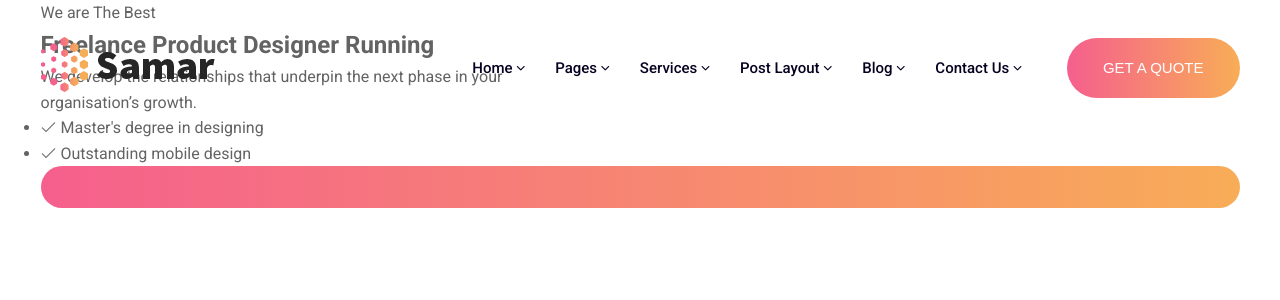
Repository: ducdatit2002/samar
Page: index.html
The author's editor kept a copy of each file at every save. The page is drawn from the files as they stood at one save, then again after the next save.
The browser window is 1280 px wide. The pictures show the whole page.

Above is the page before, as saved 2023-07-26 23:27:55.

### index.html
<!DOCTYPE html>
<html lang="en">
  <head>
    <meta charset="UTF-8" />
    <meta name="viewport" content="width=device-width, initial-scale=1.0" />
    <title>Samar - HTML Template</title>

    <!-- FONT AWESOME -->
    <link
      rel="stylesheet"
      href="https://cdnjs.cloudflare.com/ajax/libs/font-awesome/6.4.0/css/all.min.css"
      integrity="sha512-iecdLmaskl7CVkqkXNQ/ZH/XLlvWZOJyj7Yy7tcenmpD1ypASozpmT/E0iPtmFIB46ZmdtAc9eNBvH0H/ZpiBw=="
      crossorigin="anonymous"
      referrerpolicy="no-referrer"
    />
    <!-- LINE AWESOME -->
    <link rel="stylesheet" href="https://maxst.icons8.com/vue-static/landings/line-awesome/line-awesome/1.3.0/css/line-awesome.min.css">
    <!-- GOOGLE FONT -->
    <link rel="preconnect" href="https://fonts.googleapis.com" />
    <link rel="preconnect" href="https://fonts.gstatic.com" crossorigin />
    <link
      href="https://fonts.googleapis.com/css2?family=Hind:wght@300;400;700&family=Roboto:wght@300;400;500;700&display=swap"
      rel="stylesheet"
    />
    <!-- FLATICON -->
    <link rel="stylesheet" href="./css/flaticon/flaticon.css">
    <!-- MAIN CSS -->
    <link rel="stylesheet" href="./index.css" />
  </head>
  <body>
    <!-- HEADER -->
    <header>
      <div class="container">
        <div class="header__content">
          <a href="#">
            <img src="./img/logo-2.png" alt="logo-2">
          </a>
          <nav>
            <ul>
              <li>
                <a href="#">
                  <span>Home</span>
                  <i class="fa fa-chevron-down"></i>
                </a>
              </li>
              <li>
                <a href="#">
                  <span>Pages</span>
                  <i class="fa fa-chevron-down"></i>
                </a>
              </li>
              <li>
                <a href="#">
                  <span>Services</span>
                  <i class="fa fa-chevron-down"></i>
                </a>
              </li>
              <li>
                <a href="#">
                  <span>Post Layout</span>
                  <i class="fa fa-chevron-down"></i>
                </a>
              </li>
              <li>
                <a href="#">
                  <span>Blog</span>
                  <i class="fa fa-chevron-down"></i>
                </a>
              </li>
              <li>
                <a href="#">
                  <span>Contact Us</span>
                  <i class="fa fa-chevron-down"></i>
                </a>
              </li>
            </ul>
            <div class="header__button">
              <button class="btn-gradient">
                Get A Quote
              </button>
            </div>
          </nav>
        </div>
      </div>
    </header>
    <!-- CAROUSEL -->
    <section class="saCarousel">
      <div class="container">
        <div class="saCarousel__content">
          <div class="saCarousel__left">

          </div>
          <div class="saCarousel__right">
            <div class="title">
              <p>We are The Best</p>
              <h2>Freelance Product Designer Running</h2>
            </div>
            <div class="saCarousel__article">
              <p>
                We develop the relationships that underpin the next phase in your
                <br>organisation’s growth.
              </p>
              <ul>
                <li>
                  <i class="las la-check"></i>
                  Master's degree in designing
                </li>
                <li>
                  <i class="las la-check"></i>
                  Outstanding mobile design
                </li>
              </ul>
              <div class="btn-gradient">

              </div>
            </div>
          </div>
        </div>
      </div>
    </section>
    <!-- JQUERY -->
    <script
      src="https://cdnjs.cloudflare.com/ajax/libs/jquery/3.7.0/jquery.js"
      integrity="sha512-8Z5++K1rB3U+USaLKG6oO8uWWBhdYsM3hmdirnOEWp8h2B1aOikj5zBzlXs8QOrvY9OxEnD2QDkbSKKpfqcIWw=="
      crossorigin="anonymous"
      referrerpolicy="no-referrer"
    ></script>
  </body>
</html>

### index.css
/* GLOBAL */
* {
  margin: 0;
  padding: 0;
  box-sizing: border-box;
}
html,
body {
  font-family: "Hind", sans-serif;
  font-family: "Roboto", sans-serif;
  color: #636363;
  font-weight: 400;
  line-height: 1.6;
}
a {
  text-decoration: none;
}
.container {
  max-width: 1199px;
  margin: auto;
}
/* HEADER */
header {
  position: absolute;
  top: 0;
  left: 0;
  width: 100%;
}
.header__content {
  display: flex;
  justify-content: space-between;
  align-items: center;
}
.header__content nav {
  display: flex;
  align-items: center;
}
.header__content nav ul {
  display: flex;
  margin-right: 30px;
}
.header__content li {
  padding: 55px 15px;
  list-style: none;
}
.header__content li a {
  color: #070120;
  text-transform: capitalize;
  font-size: 15px;
  font-weight: 500;
  transition: all 0.5s;
}
.header__content span {
  display: inline-block;
  transition: all 0.1s;
}
.header__content a:hover {
  color: #f55f8d;
}
.header__content a:hover span {
  animation: upToDown 0.3s;
}
.header__content i {
  font-size: 9px;
  margin-top: -3px;
  vertical-align: middle;
}
.btn-gradient {
  padding: 20px 35px;
  font-size: 15px;
  font-weight: 500;
  background-image: linear-gradient(
    to right,
    #f55f8d 0,
    #f8ae56 51%,
    #f55f8d 100%
  );
  background-size: 200%;
  border: 1px solid transparent;
  transition: all 0.5s;
  border-radius: 30px;
  color: #fff;
  cursor: pointer;
  outline: none;
  text-transform: uppercase;
  line-height: 1.2;
}
.btn-gradient:hover {
  background-position: right center;
  color: #fff;
  text-decoration: none;
}

/*Animation */
@keyframes upToDown {
  49% {
    transform: translateY(100%);
  }
  50% {
    opacity: 0;
    transform: translateY(-100%);
  }
  51% {
    opacity: 1;
  }
}

Loaded but not shown: css/flaticon/flaticon.css (common file)

After the next save:
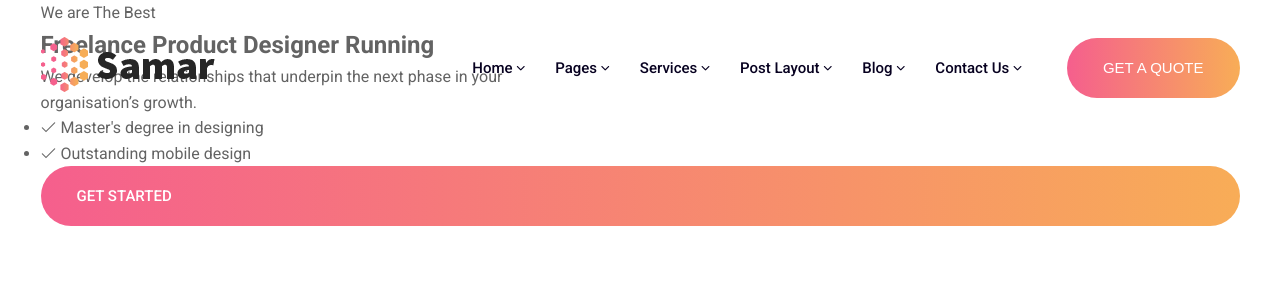
Saved 6 s later.
--- a/index.html
+++ b/index.html
@@ -111,7 +111,7 @@
                 </li>
               </ul>
               <div class="btn-gradient">
-
+                GET STARTED
               </div>
             </div>
           </div>
